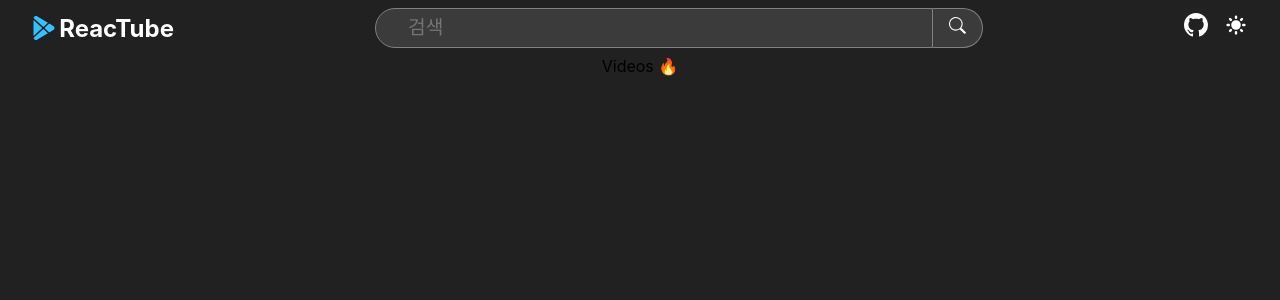
Repository: MrJinkyu/youtube
Page: /
An editor plug-in stored every save of this project. The page is shown before and after the next save, followed by the edit.
The browser window is 1280 px wide. The pictures show the whole page.
The project was rebuilt for these pictures with package versions that can differ from the ones it lists, and the page was loaded fresh each time. Also part of the build but not shown: src/pages/NotFound.jsx, src/pages/VideoDetail.jsx.

Above is the page before, as saved 2023-05-09 17:53:03.

After the next save:
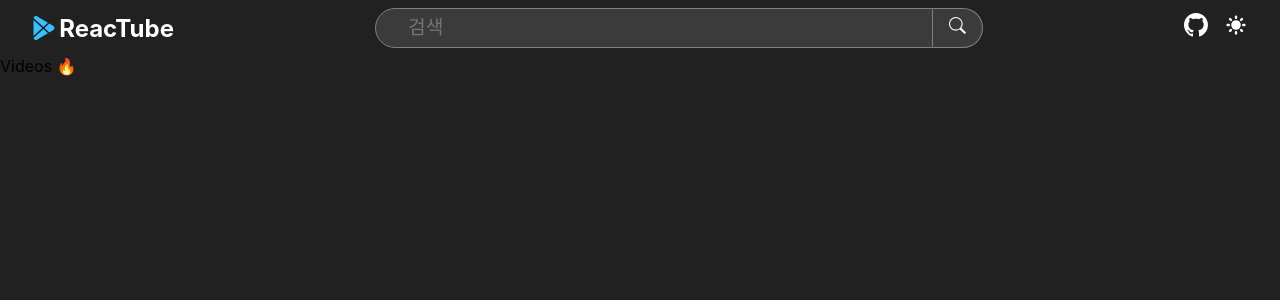
Saved 13 s later.
--- a/src/App.css
+++ b/src/App.css
@@ -2,7 +2,4 @@
     width: 100%;
     height: 100%;
     max-width: 1450px;
-    display: flex;
-    flex-direction: column;
-    align-items: center;
 }

After the save that followed:
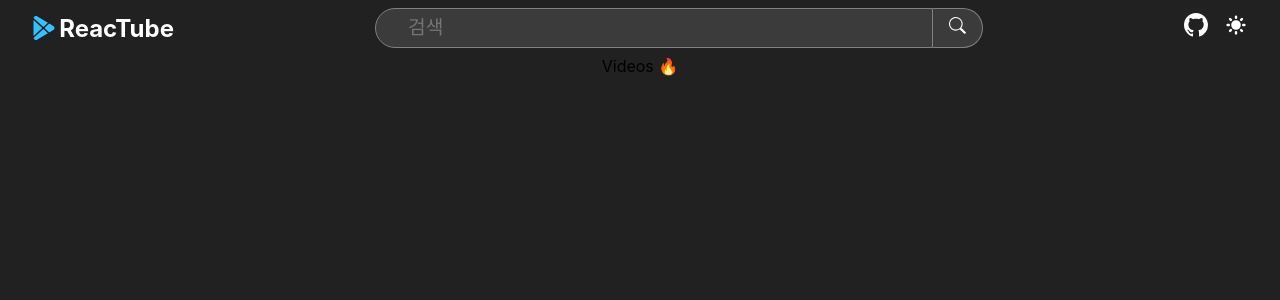
Saved 5 min 37 s later.
--- a/src/index.css
+++ b/src/index.css
@@ -21,7 +21,7 @@
   background-color: #212121;
   width: 100%;
   height: 100%;
-
+  text-align: center;
 }
 
 code {
